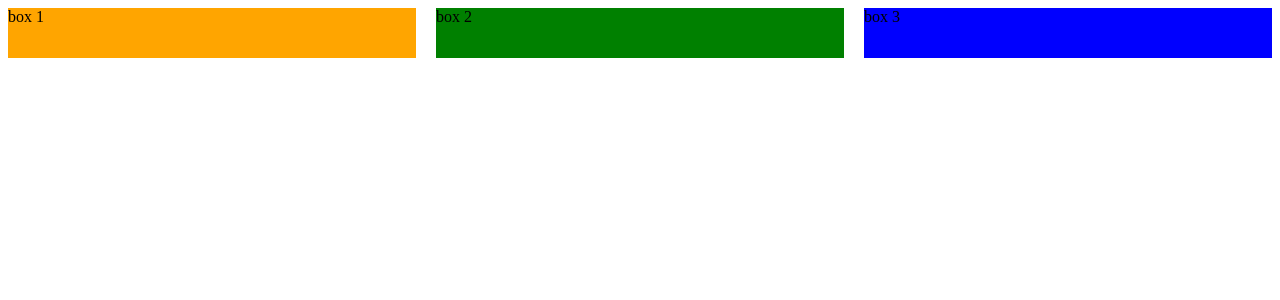
Repository: tianjiewang2022/tianjiewang2022.github.io
Page: index.html
The author's editor kept a copy of each file at every save. The page is drawn from the files as they stood at one save, then again after the next save.
The browser window is 1280 px wide. The pictures show the whole page.

Above is the page before, as saved 2023-10-01 20:50:57.

After the next save:
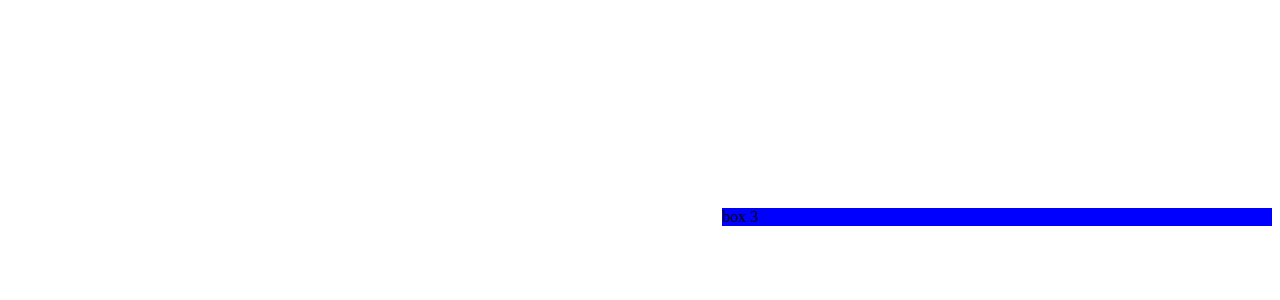
Saved 46 min 9 s later.
--- a/index.html
+++ b/index.html
@@ -5,14 +5,13 @@
             .grid-container {
                 display: grid;
                 grid-template-areas:
-                    "box1 box2 box3"
-                ;
+                    "box1 box2 box3" .repeat(10);
                 /* grid-template-columns: 1fr 1fr 1fr;
                 grid-template-rows: 1fr 1fr 1fr; */
-                grid-column-gap: 20px;
-                grid-row-gap: 20px;
-                grid-gap: 20px;
-                grid-auto-rows: 50px 25px;
+                /* grid-column-gap: 200px;
+                grid-row-gap: 200px; */
+                grid-gap: 200px;
+                /* grid-auto-rows: 50px 25px; */
             }
 
             .box1 {
